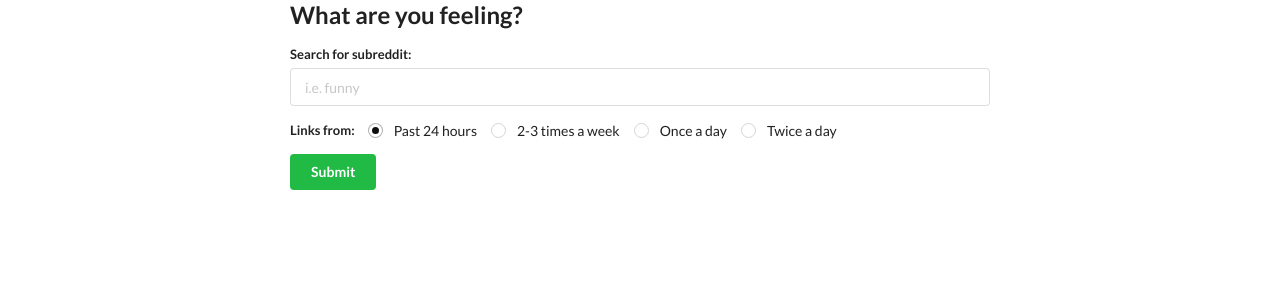
Repository: nikdmello/best-of-reddit-webapp
Page: http://localhost/
The author's editor kept a record of every edit. The page is drawn from the files as they stood at one moment, then again after the next edit.
The browser window is 1280 px wide. The pictures show the whole page.
The page is served by the project's Node server (app.js).

Above is the page before.

After the next edit:
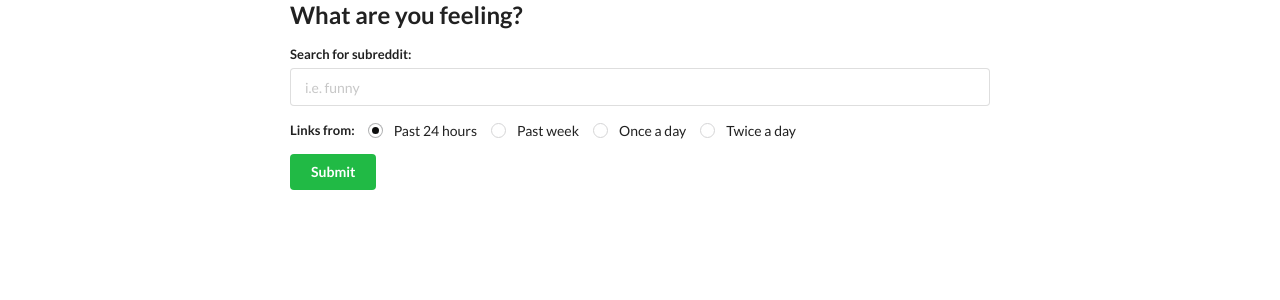
The edit:
--- a/views/search.ejs
+++ b/views/search.ejs
@@ -21,7 +21,7 @@
     <div class="field">
       <div class="ui radio checkbox">
         <input type="radio" name="frequency" value="week">
-        <label>2-3 times a week</label>
+        <label>Past week</label>
       </div>
     </div>
     <div class="field">
